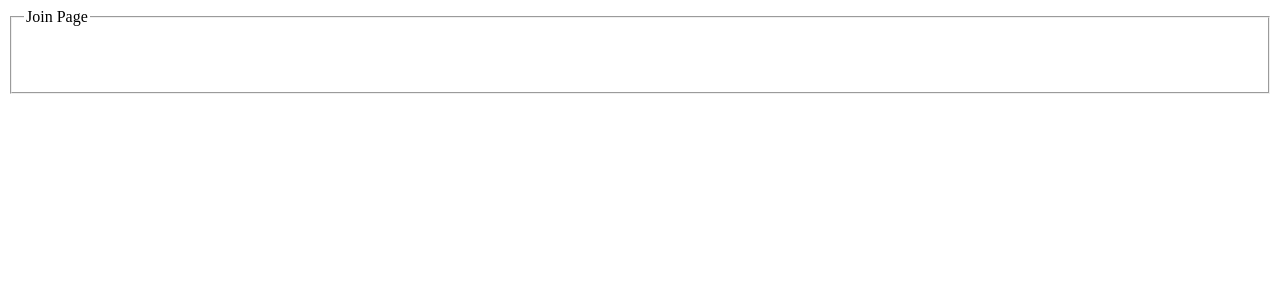
Repository: Jungsol/Servlet_JSP_study
Page: Servlet_JSP_study/src/main/webapp/ex09_join.html
These files come from the project's save history. The page is drawn as it stood at one moment and after the next save; the edit follows.
The browser window is 1280 px wide. The pictures show the whole page.

Above is the page before, as saved 2023-06-06 14:35:18.

After the next save:
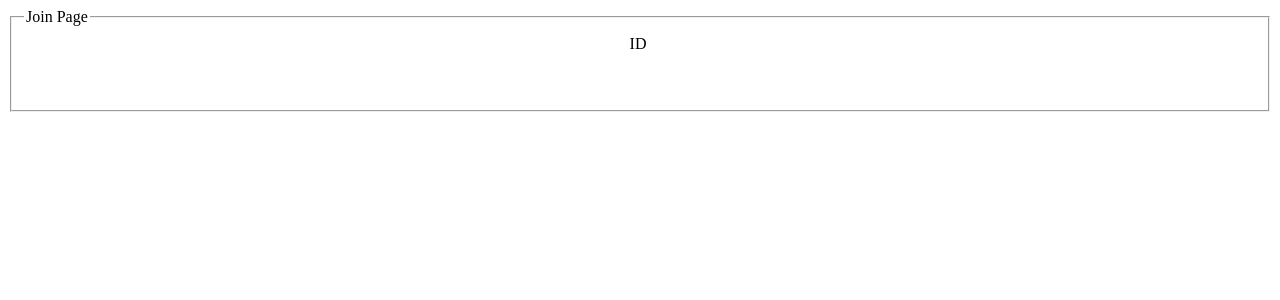
Saved 5 s later.
--- a/Servlet_JSP_study/src/main/webapp/ex09_join.html
+++ b/Servlet_JSP_study/src/main/webapp/ex09_join.html
@@ -15,7 +15,7 @@ table {margin: 0 auto;}
 		<legend>Join Page</legend>
 			<table>
 				<tr>
-					<td></td>
+					<td>ID</td>
 					<td></td>
 				</tr>
 				<tr>
